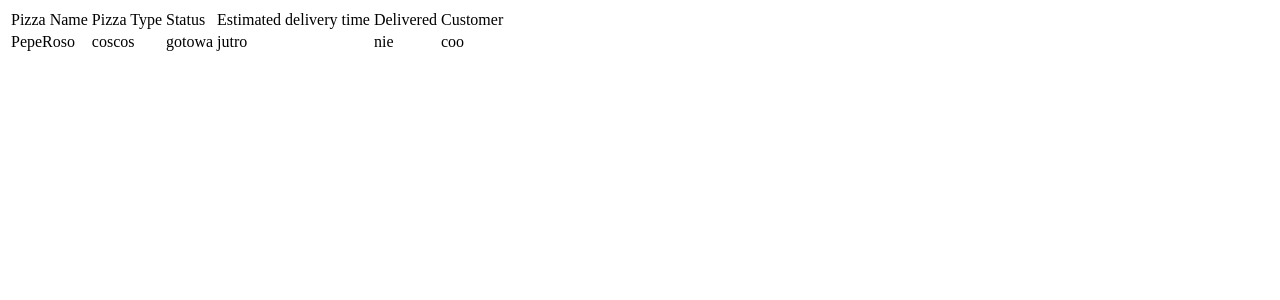
Repository: wisni4k/html-trainee
Page: testWeb/WebContent/OrdersList.html
These files come from the project's save history. The page is drawn as it stood at one moment and after the next save; the edit follows.
The browser window is 1280 px wide. The pictures show the whole page.

Above is the page before, as saved 2015-07-10 11:49:34.

After the next save:
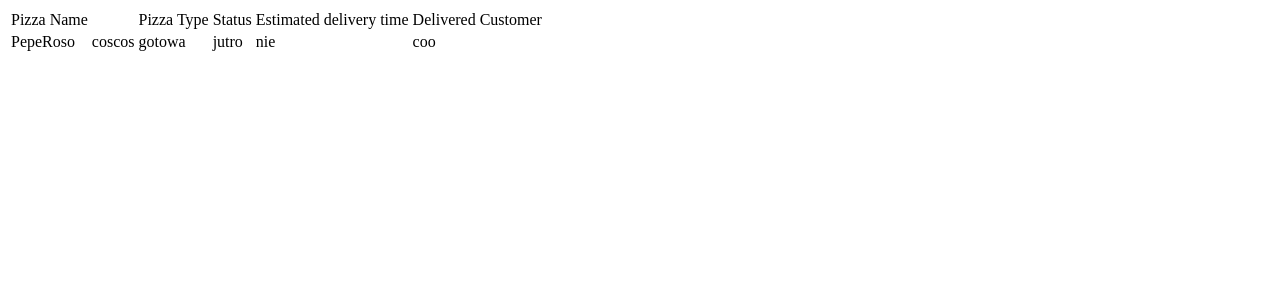
Saved 9 s later.
--- a/testWeb/WebContent/OrdersList.html
+++ b/testWeb/WebContent/OrdersList.html
@@ -8,7 +8,7 @@
 
 	<table>
 		<tr>
-			<td>Pizza Name  </td>
+			<td>Pizza Name<td></td>
 			<td>Pizza Type  </td>
 			<td>Status  </td>
 			<td>Estimated delivery time  </td>
